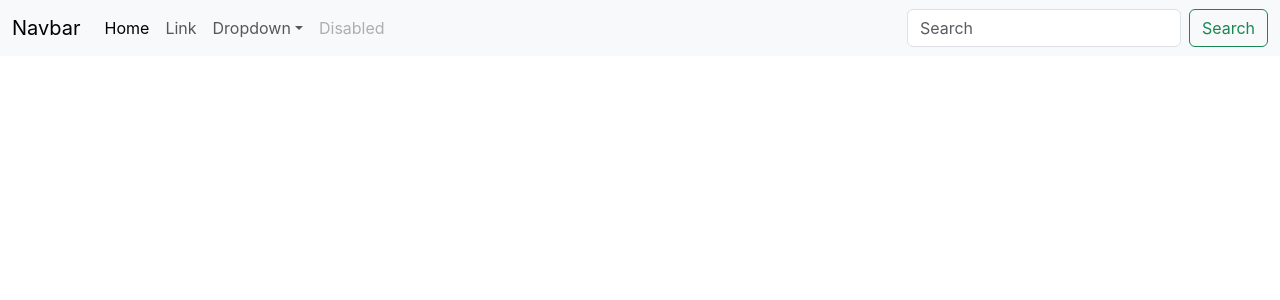
Repository: AshwinUgale/ToDoList
Page: /
An editor plug-in stored every save of this project. The page is shown before and after the next save, followed by the edit.
The browser window is 1280 px wide. The pictures show the whole page.
The project was rebuilt for these pictures with package versions that can differ from the ones it lists, and the page was loaded fresh each time. Also part of the build but not shown: src/App.css.

Above is the page before, as saved 2024-12-20 20:44:50.

### public/index.html
<!DOCTYPE html>
<html lang="en">
  <head>
    <meta charset="utf-8" />
    <link rel="icon" href="%PUBLIC_URL%/favicon.ico" />
    <meta name="viewport" content="width=device-width, initial-scale=1" />
    <meta name="theme-color" content="#000000" />
    <meta
      name="description"
      content="Web site created using create-react-app"
    />
    <link rel="apple-touch-icon" href="%PUBLIC_URL%/logo192.png" />

    <link rel="manifest" href="%PUBLIC_URL%/manifest.json" />
    <link href="https://cdn.jsdelivr.net/npm/bootstrap@5.3.3/dist/css/bootstrap.min.css" rel="stylesheet" integrity="sha384-QWTKZyjpPEjISv5WaRU9OFeRpok6YctnYmDr5pNlyT2bRjXh0JMhjY6hW+ALEwIH" crossorigin="anonymous">
    <title>Todos List</title>
  </head>
  <body>
    <noscript>You need to enable JavaScript to run this app.</noscript>
    <div id="root"></div>


  </body>
  <script src="https://cdn.jsdelivr.net/npm/bootstrap@5.3.3/dist/js/bootstrap.bundle.min.js" integrity="sha384-YvpcrYf0tY3lHB60NNkmXc5s9fDVZLESaAA55NDzOxhy9GkcIdslK1eN7N6jIeHz" crossorigin="anonymous"></script>
</html>

### src/App.js
import logo from './logo.svg';
import './App.css';

function App() {
  return (
    <nav className="navbar navbar-expand-lg bg-body-tertiary">
      <div className="container-fluid">
        <a className="navbar-brand" href="#">Navbar</a>
        <button
          className="navbar-toggler"
          type="button"
          data-bs-toggle="collapse"
          data-bs-target="#navbarSupportedContent"
          aria-controls="navbarSupportedContent"
          aria-expanded="false"
          aria-label="Toggle navigation"
        >
          <span className="navbar-toggler-icon"></span>
        </button>
        <div className="collapse navbar-collapse" id="navbarSupportedContent">
          <ul className="navbar-nav me-auto mb-2 mb-lg-0">
            <li className="nav-item">
              <a className="nav-link active" aria-current="page" href="#">Home</a>
            </li>
            <li className="nav-item">
              <a className="nav-link" href="#">Link</a>
            </li>
            <li className="nav-item dropdown">
              <a
                className="nav-link dropdown-toggle"
                href="#"
                role="button"
                data-bs-toggle="dropdown"
                aria-expanded="false"
              >
                Dropdown
              </a>
            </li>
            <li className="nav-item">
              <a className="nav-link disabled" aria-disabled="true">
                Disabled
              </a>
            </li>
          </ul>
          <form className="d-flex" role="search">
            <input
              className="form-control me-2"
              type="search"
              placeholder="Search"
              aria-label="Search"
            />
            <button className="btn btn-outline-success" type="submit">
              Search
            </button>
          </form>
        </div>
      </div>
    </nav>
  );
}

export default App;

Loaded but not shown: src/index.js (common file); src/index.css (common file); src/reportWebVitals.js (common file)

After the next save:
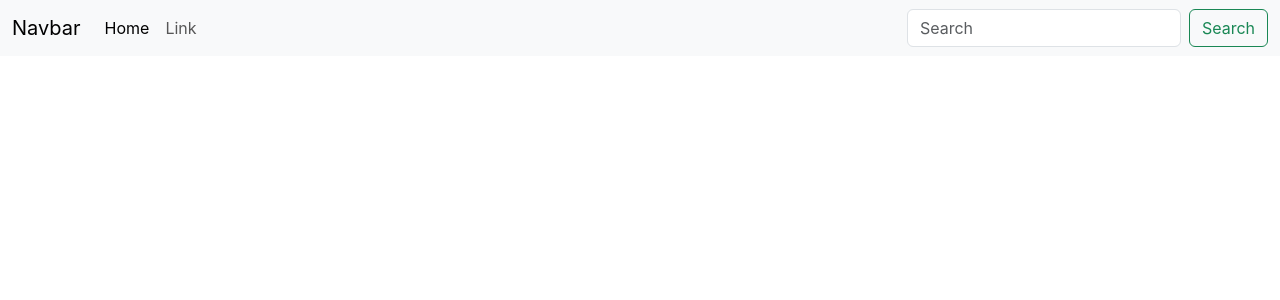
Saved 35 s later.
--- a/src/App.js
+++ b/src/App.js
@@ -25,22 +25,7 @@
             <li className="nav-item">
               <a className="nav-link" href="#">Link</a>
             </li>
-            <li className="nav-item dropdown">
-              <a
-                className="nav-link dropdown-toggle"
-                href="#"
-                role="button"
-                data-bs-toggle="dropdown"
-                aria-expanded="false"
-              >
-                Dropdown
-              </a>
-            </li>
-            <li className="nav-item">
-              <a className="nav-link disabled" aria-disabled="true">
-                Disabled
-              </a>
-            </li>
+
           </ul>
           <form className="d-flex" role="search">
             <input
